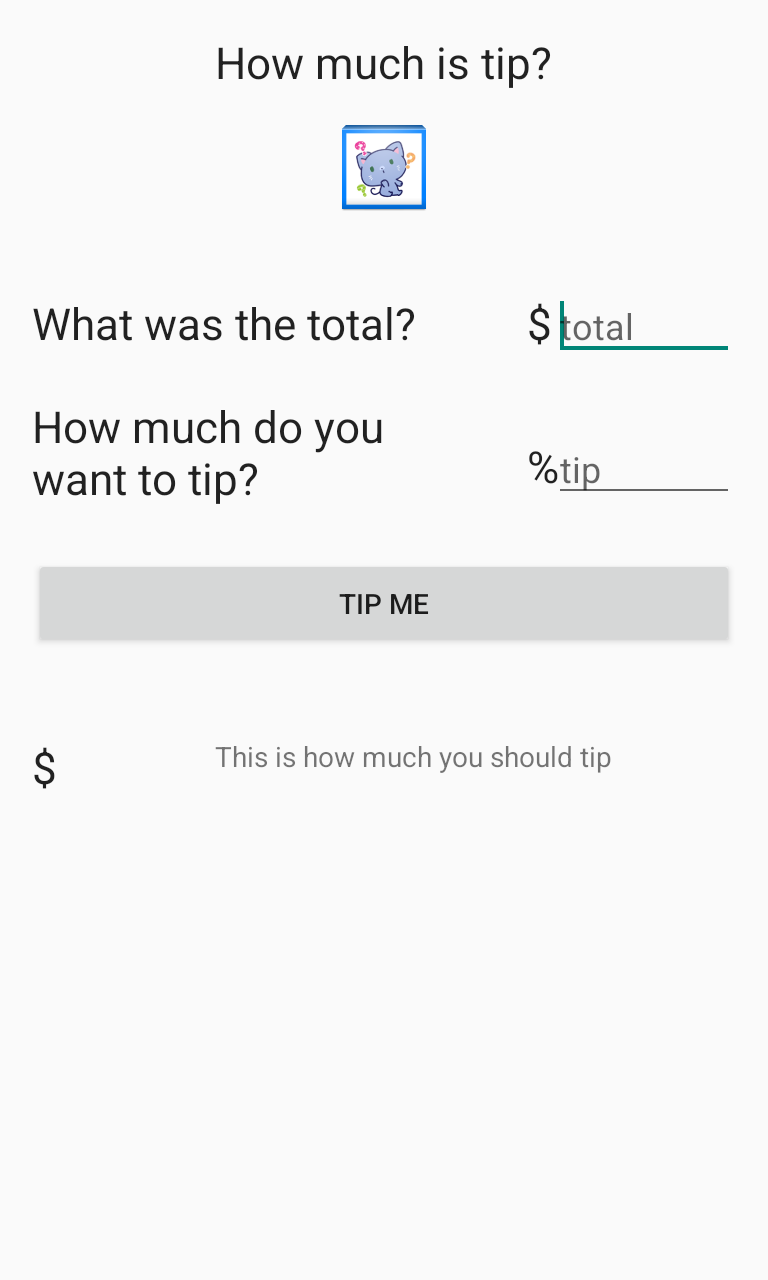
Repository: any027/BillHelper
Layout: BillHelper/res/layout/how_much_tip.xml
An editor plug-in stored every save of this project. The layout is shown before and after the next save, followed by the edit.
It is drawn on a 768 x 1280 px phone screen (xhdpi) without system bars, with theme AppTheme; the app's code is not run.

Above is the layout before, as saved 2015-06-29 09:40:28.

### BillHelper/res/layout/how_much_tip.xml

<RelativeLayout xmlns:android="http://schemas.android.com/apk/res/android"
    xmlns:tools="http://schemas.android.com/tools"
    android:layout_width="match_parent"
    android:layout_height="match_parent"
    android:paddingBottom="@dimen/activity_vertical_margin"
    android:paddingLeft="@dimen/activity_horizontal_margin"
    android:paddingRight="@dimen/activity_horizontal_margin"
    android:paddingTop="@dimen/activity_vertical_margin"
    tools:context="com.example.billhelper.MainActivity$PlaceholderFragment" >

    <TextView
        android:id="@+id/howMuchTitle"
        android:layout_width="wrap_content"
        android:layout_height="wrap_content"
        android:layout_centerHorizontal="true"
        android:text="@string/do_i_tip"
        android:textAppearance="?android:attr/textAppearanceLarge" />

    <ImageView
        android:id="@+id/how_much_pic"
        android:layout_width="wrap_content"
        android:layout_height="wrap_content"
        android:layout_below="@+id/howMuchTitle"
        android:layout_centerHorizontal="true"
        android:layout_marginTop="14dp"
        android:src="@drawable/how_much_tip" />

    <EditText
        android:id="@+id/how_much_total"
        android:layout_width="wrap_content"
        android:layout_height="wrap_content"
        android:layout_below="@+id/how_much_pic"
        android:layout_marginTop="33dp"
        android:layout_toRightOf="@+id/howMuchTitle"
        android:ems="10"
        android:hint="total"
        android:inputType="numberDecimal" >

        <requestFocus />
    </EditText>

    <TextView
        android:id="@+id/dollarSign"
        android:layout_width="wrap_content"
        android:layout_height="wrap_content"
        android:layout_alignBaseline="@+id/how_much_total"
        android:layout_alignBottom="@+id/how_much_total"
        android:layout_toLeftOf="@+id/how_much_total"
        android:text="$"
        android:textAppearance="?android:attr/textAppearanceLarge" />

    <TextView
        android:id="@+id/billQuestion"
        android:layout_width="wrap_content"
        android:layout_height="wrap_content"
        android:layout_alignBaseline="@+id/dollarSign"
        android:layout_alignBottom="@+id/dollarSign"
        android:layout_alignParentLeft="true"
        android:text="@string/bill_total"
        android:textAppearance="?android:attr/textAppearanceLarge" />

    <TextView
        android:id="@+id/how_much_question"
        android:layout_width="wrap_content"
        android:layout_height="wrap_content"
        android:layout_alignLeft="@+id/billQuestion"
        android:layout_alignRight="@+id/billQuestion"
        android:layout_below="@+id/how_much_total"
        android:layout_marginTop="16dp"
        android:text="@string/percent_tip"
        android:textAppearance="?android:attr/textAppearanceLarge" />

    <EditText
        android:id="@+id/tipEnter"
        android:layout_width="wrap_content"
        android:layout_height="wrap_content"
        android:layout_alignBottom="@+id/how_much_question"
        android:layout_alignLeft="@+id/how_much_total"
        android:layout_alignParentRight="true"
        android:ems="10"
        android:inputType="number"
        android:hint="tip" />

    <TextView
        android:id="@+id/percentSign"
        android:layout_width="wrap_content"
        android:layout_height="wrap_content"
        android:layout_alignBaseline="@+id/tipEnter"
        android:layout_alignBottom="@+id/tipEnter"
        android:layout_alignLeft="@+id/dollarSign"
        android:text="%"
        android:textAppearance="?android:attr/textAppearanceLarge" />

    <Button
        android:id="@+id/figureOutTip"
        android:layout_width="wrap_content"
        android:layout_height="wrap_content"
        android:layout_alignLeft="@+id/how_much_question"
        android:layout_alignRight="@+id/tipEnter"
        android:layout_below="@+id/how_much_question"
        android:layout_marginTop="24dp"
        android:text="TIP ME"
        android:onClick="howMuchTipCalculation"
        />

    <TextView
        android:id="@+id/percentSign2"
        android:layout_width="wrap_content"
        android:layout_height="wrap_content"
        android:layout_alignLeft="@+id/figureOutTip"
        android:layout_below="@+id/figureOutTip"
        android:layout_marginTop="43dp"
        android:text="$"
        android:textAppearance="?android:attr/textAppearanceLarge" />

    <TextView
        android:id="@+id/finalTip"
        android:layout_width="wrap_content"
        android:layout_height="wrap_content"
        android:layout_alignBottom="@+id/percentSign2"
        android:layout_alignLeft="@+id/howMuchTitle"
        android:layout_alignRight="@+id/figureOutTip"
        android:layout_alignTop="@+id/percentSign2"
        android:text="This is how much you should tip" />

</RelativeLayout>

### BillHelper/res/values/strings.xml
<?xml version="1.0" encoding="utf-8"?>
<resources>

    <string name="app_name">Bill helper</string>
    <string name="title_section1">Home Screen</string>
    <string name="title_section2">How much do I tip?</string>
    <string name="title_section3">How much did I tip?</string>
    <string name="title_section4">I want to split the Bill</string>
    <string name="navigation_drawer_open">Open navigation drawer</string>
    <string name="navigation_drawer_close">Close navigation drawer</string>
    <string name="action_example">Example action</string>
    <string name="action_settings">Settings</string>
    <string name="welcome">Welcome to Bill Helper!</string>
    <string name="welcome_question">What do you need help with?</string>
    <string name="did_i_tip">How much did I tip?</string>
    <string name="do_i_tip">How much is tip?</string>
    <string name="splitting">I want to split the bill</string>
    <string name="bill_total">What was the total?</string>
    <string name="percent_tip">How much do you want to tip?</string>

</resources>

Loaded but not shown: BillHelper/res/values/styles.xml (common file); BillHelper/res/values-v11/styles.xml (common file); BillHelper/res/values-v14/styles.xml (common file); BillHelper/res/values/dimens.xml (common file); BillHelper/res/values-w820dp/dimens.xml (common file)

After the next save:
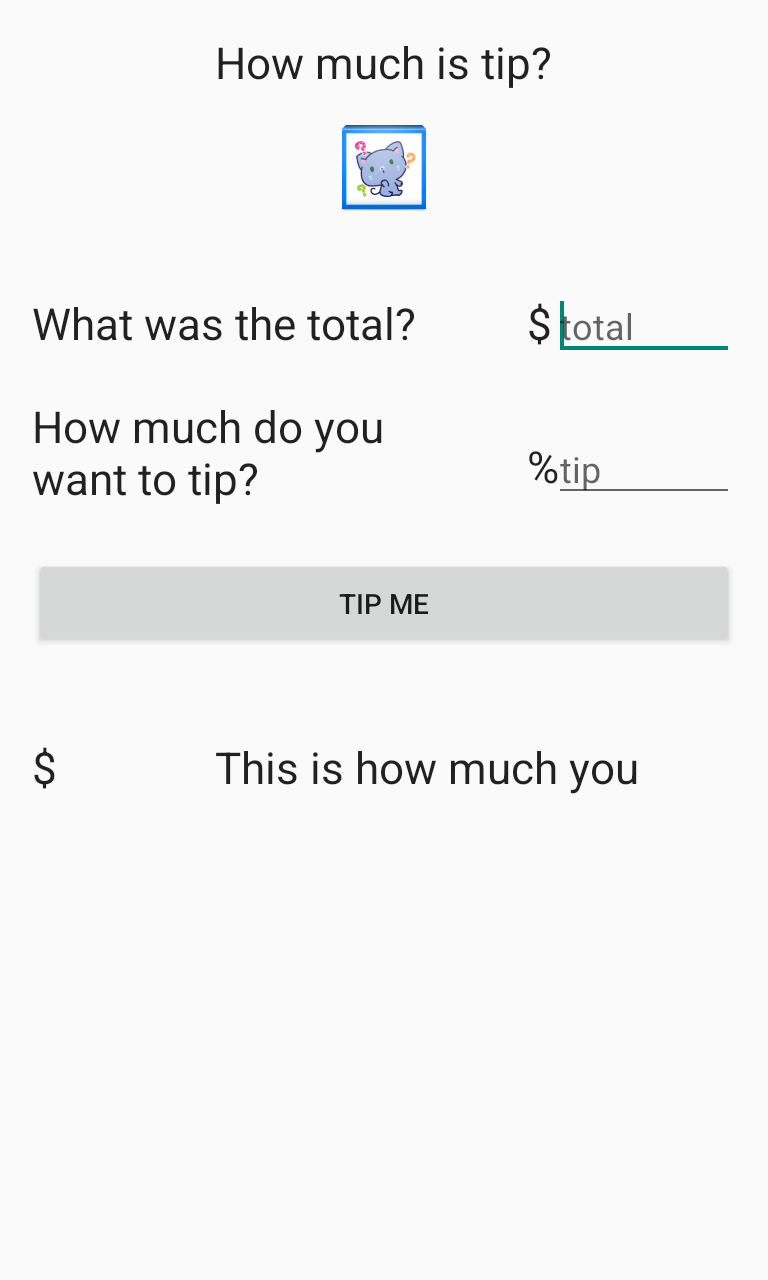
Saved 14 min 18 s later.
--- a/BillHelper/res/layout/how_much_tip.xml
+++ b/BillHelper/res/layout/how_much_tip.xml
@@ -122,6 +122,9 @@
         android:layout_alignLeft="@+id/howMuchTitle"
         android:layout_alignRight="@+id/figureOutTip"
         android:layout_alignTop="@+id/percentSign2"
-        android:text="This is how much you should tip" />
+        android:text="This is how much you should tip"
+        android:textAppearance="?android:attr/textAppearanceLarge"
+         />
+
 
 </RelativeLayout>
